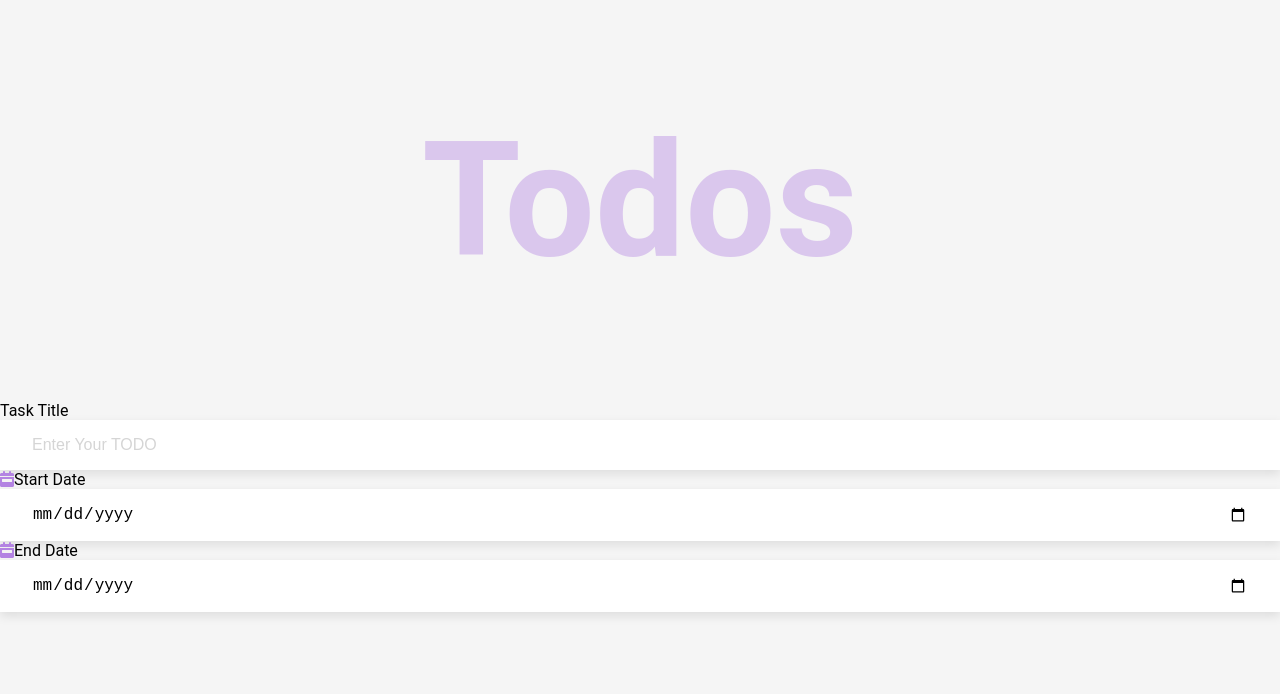
Repository: Surahailat/TypeScript
Page: Mini project 10-3/Project-TS.html
These files come from the project's save history. The page is drawn as it stood at one moment and after the next save; the edit follows.
The browser window is 1280 px wide. The pictures show the whole page.

Above is the page before, as saved 2025-03-10 12:49:15.

After the next save:
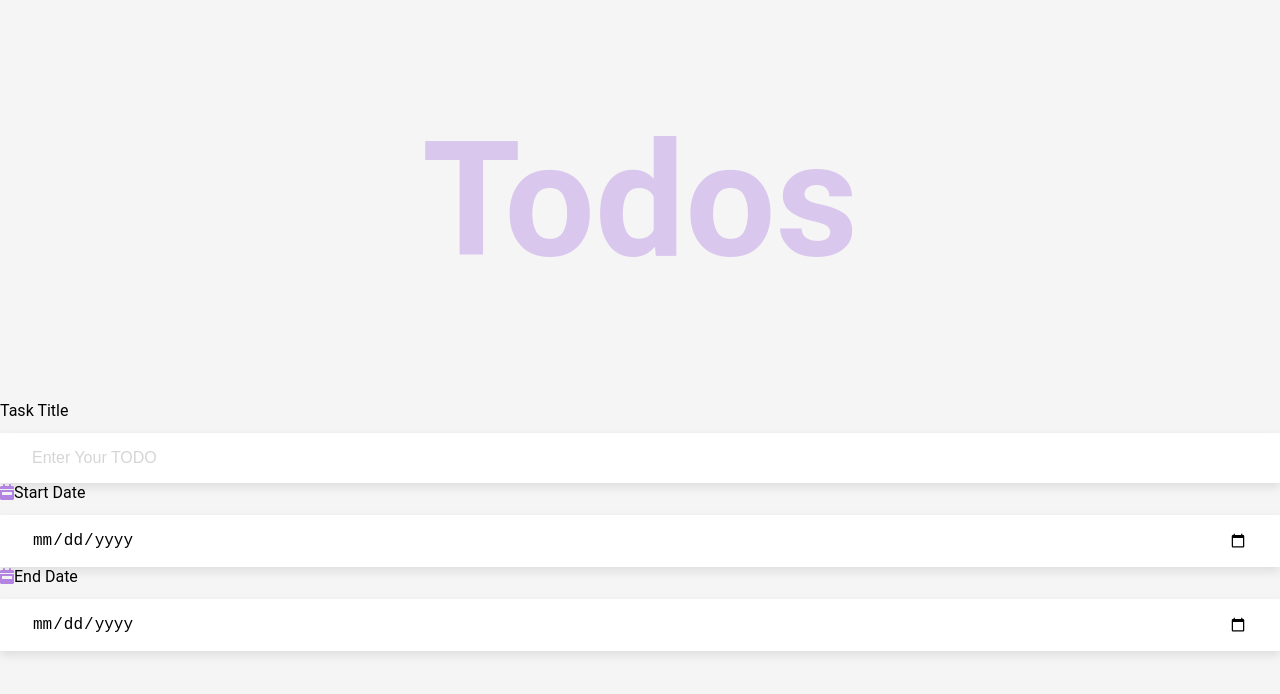
Saved 92 s later.
--- a/Mini project 10-3/Project-TS.html
+++ b/Mini project 10-3/Project-TS.html
@@ -29,6 +29,8 @@
     max-width: 100%;
     box-shadow: 0px 4px 10px rgb(0, 0, 0, 0.1) ;
     margin: auto;
+    margin-top: 1%;
+
 }.input{
     border: none;
     width: 100%;
